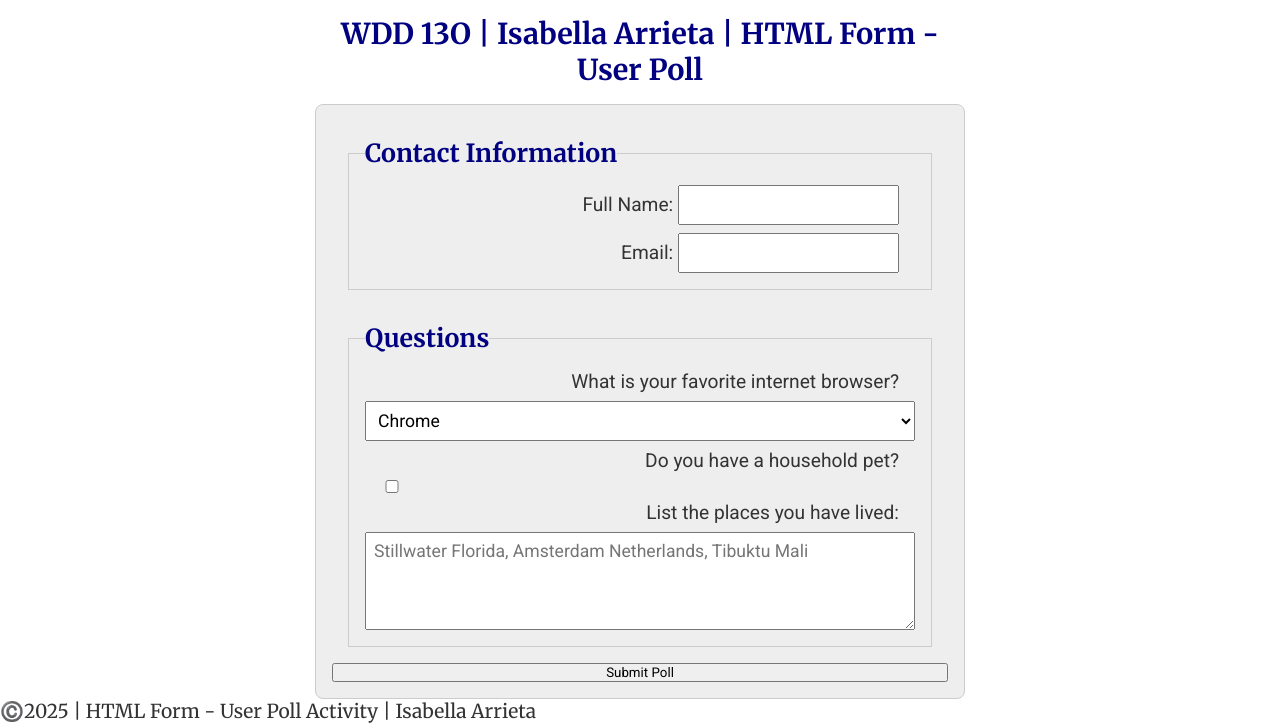
Repository: isaAJ05/wdd130
Page: week05/poll-form.html
These files come from the project's save history. The page is drawn as it stood at one moment and after a run of saves; the edit follows.
The browser window is 1280 px wide. The pictures show the whole page.

Above is the page before, as saved 2025-06-14 18:43:17.

### week05/poll-form.html
<!DOCTYPE html>
<html lang="en-us">
<head>
    <meta charset="UTF-8">
    <meta name="viewport" content="width=device-width, initial-scale=1.0">
    <title>WDD 130 | HTML Form - User Poll</title>
    <meta name="description" content="Poll form">
    <meta name="author" content="Isabella Arrieta">
    <link rel="stylesheet" href="styles/poll-form.css">
    <link rel="preconnect" href="https://fonts.googleapis.com">
    <link rel="preconnect" href="https://fonts.gstatic.com" crossorigin>
    <link href="https://fonts.googleapis.com/css2?family=Merriweather:wght@400;700&family=Roboto:wght@400;700&display=swap" rel="stylesheet">
</head>
<body>
    <header>
        <h1>WDD 13O | Isabella Arrieta | HTML Form - User Poll</h1>
    </header>
    <main>
        <form>
            <fieldset>
                <legend>Contact Information</legend>
                <label>Full Name: <input type="text" name="fullname"></label>
                <label>Email: <input type="email" id="useremail" name="useremail"></label>
            </fieldset>
            <fieldset>
                <legend>Questions</legend>
                <label for="browser">What is your favorite internet browser?</label>
                <select id="browser" name="browser">
                    <option value="chrome">Chrome</option>
                    <option value="firefox">Firefox</option>
                    <option value="safari">Safari</option>
                    <option value="edge">Edge</option>
                    <option value="brave">Brave</option>
                    <option value="other">Other</option>
                </select>
                <label for="pet">Do you have a household pet?</label>
                <input type="checkbox" id="pet" name="pet">
                <label for="feedback">List the places you have lived:</label>
                <textarea id="feedback" name="feedback" rows="4" placeholder="Stillwater Florida, Amsterdam Netherlands, Tibuktu Mali"></textarea>
            </fieldset>
            <button type="submit">Submit Poll</button>
        </form>
    </main>
    <footer>
        <p>©️2025 | HTML Form - User Poll Activity | Isabella Arrieta</p>

    </footer>
</body>
</html>

### week05/styles/poll-form.css
* {
    margin: 0;
    padding: 0;
    box-sizing: border-box;
}
body {
    font-family: Merriweather, Georgia, serif;
    font-size: 1.2em;
    color: #333;
    background: #fff;
}
header{
    margin: 0 auto;
    width: 650px;
}
h1{
    margin: 1rem;
    font-size: 1.5em;
    color: navy;
    text-align: center;
}
form {
    margin: 0 auto;
    width: 650px;
    padding: 1rem;
    border: 1px solid #ccc;
    border-radius: 0.5rem;
    background-color: #eee;
    display: grid;
}
fieldset {
    display: grid;
    grid-gap: .5rem;
    margin: 1rem;
    border: 1px solid #ccc;
    padding: 1rem;
}
legend {
    font-weight: bold;
    color: navy;
    font-size: 1.3em;
}
label, input, button, select, textarea {
    font-family: Roboto, Arial, sans-serif;
}
label {
    text-align: right;
    padding-right: 1rem;
}
input, select, textarea {
    padding: 0.5rem;
    font-size: 1.1rem;
}
input[type="checkbox"] {
    width: 22px;
    margin-left: 1rem;
}

After the next 2 saves:
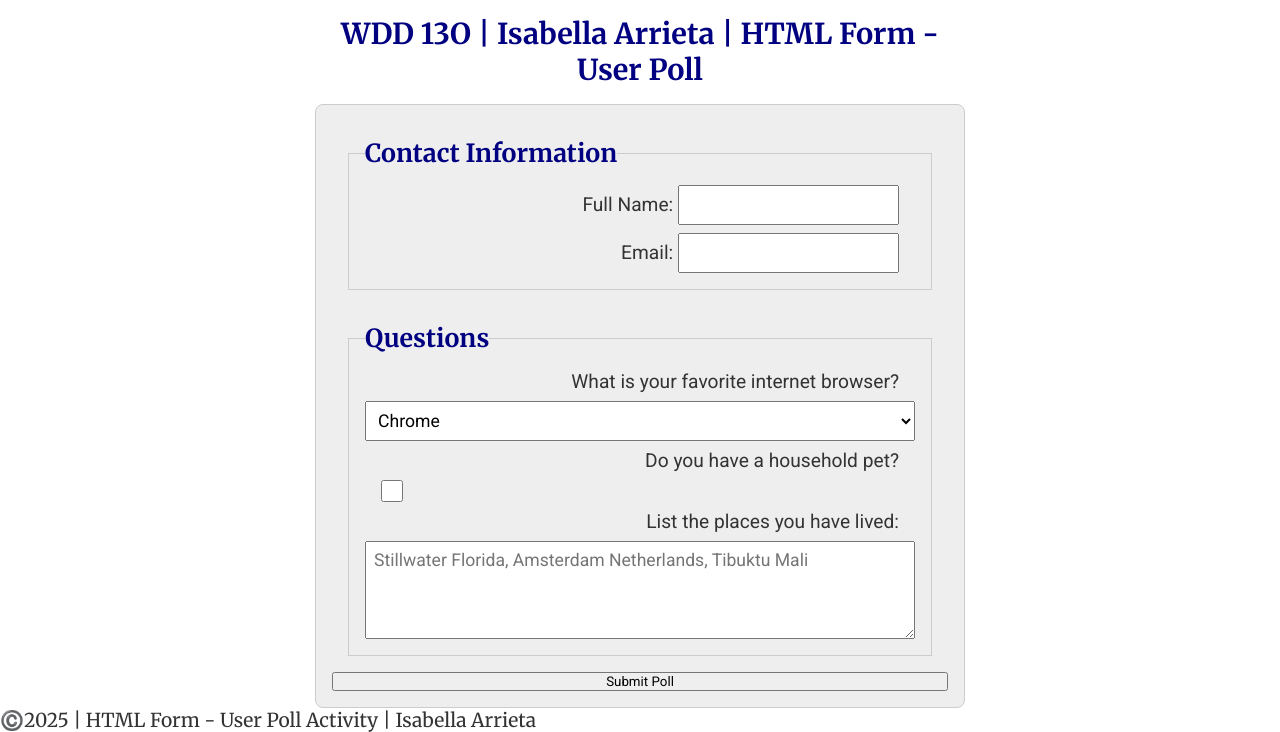
The 2 saves are shown as one change because they came seconds apart.
The last was saved 8 s later.
--- a/week05/styles/poll-form.css
+++ b/week05/styles/poll-form.css
@@ -53,5 +53,6 @@ input, select, textarea {
 }
 input[type="checkbox"] {
     width: 22px;
+    height: 22px;
     margin-left: 1rem;
 }
